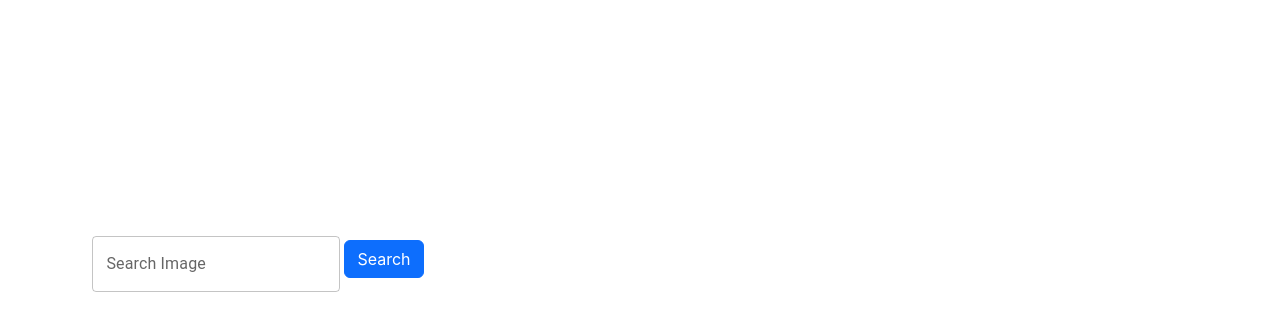
Repository: mohit78911/Snapshot
Page: /
These files come from the project's save history. The page is drawn as it stood at one moment and after the next save; the edit follows.
The browser window is 1280 px wide. The pictures show the whole page.
The project was rebuilt for these pictures with package versions that can differ from the ones it lists, and the page was loaded fresh each time.

Above is the page before, as saved 2023-09-01 10:45:56.

After the next save:
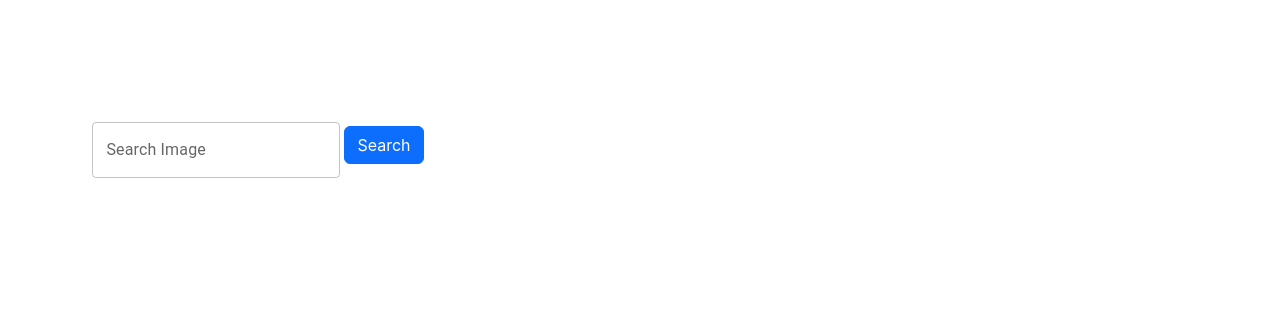
Saved 8 s later.
--- a/src/App.css
+++ b/src/App.css
@@ -39,5 +39,5 @@
 }
 
 .firstColoum{
-  margin-top: 20%;
+  margin-top: 10%;
 }
